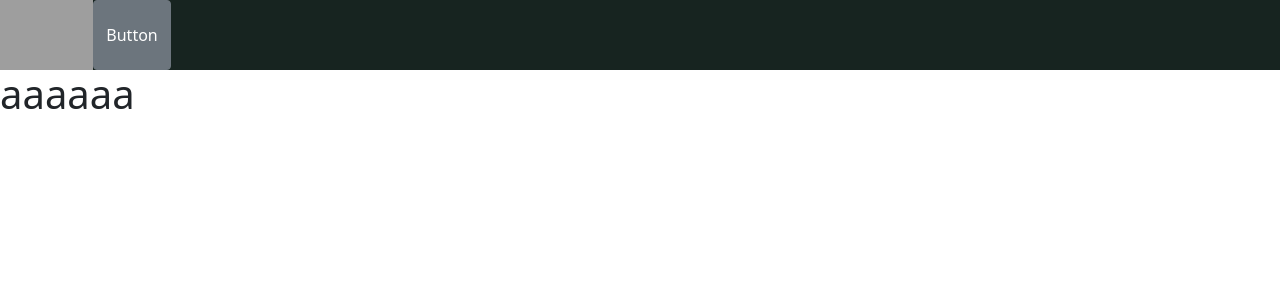
Repository: Daaira0811/TareaVue
Page: /
The author's editor kept a copy of each file at every save. The page is drawn from the files as they stood at one save, then again after the next save.
The browser window is 1280 px wide. The pictures show the whole page.
Pictures or frames that could not be fetched are drawn as grey boxes. The project was rebuilt for these pictures with package versions that can differ from the ones it lists, and the page was loaded fresh each time. Also part of the build but not shown: vite.config.js.

Above is the page before, as saved 2022-06-19 20:17:53.

After the next save:
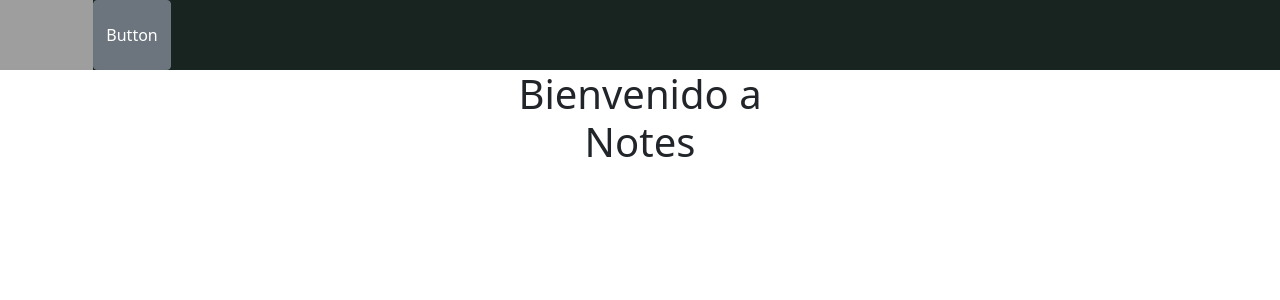
Saved 2 min 39 s later.
--- a/src/views/HomeView.vue
+++ b/src/views/HomeView.vue
@@ -1,7 +1,8 @@
 <template>
   <main>
     <Navbar/>
-    <h1>aaaaaa</h1>
+    <h1>Bienvenido a <br>
+    Notes</h1>
   </main>
 </template>
 <script>
@@ -16,3 +17,16 @@ components: {
 
 }
 </script>
+<style>
+main{
+  display: flex;
+  flex-wrap: wrap;
+  flex-direction: column;
+  justify-content: center;
+  align-items: center;
+  text-align: center;
+}
+h1{
+
+}
+</style>
